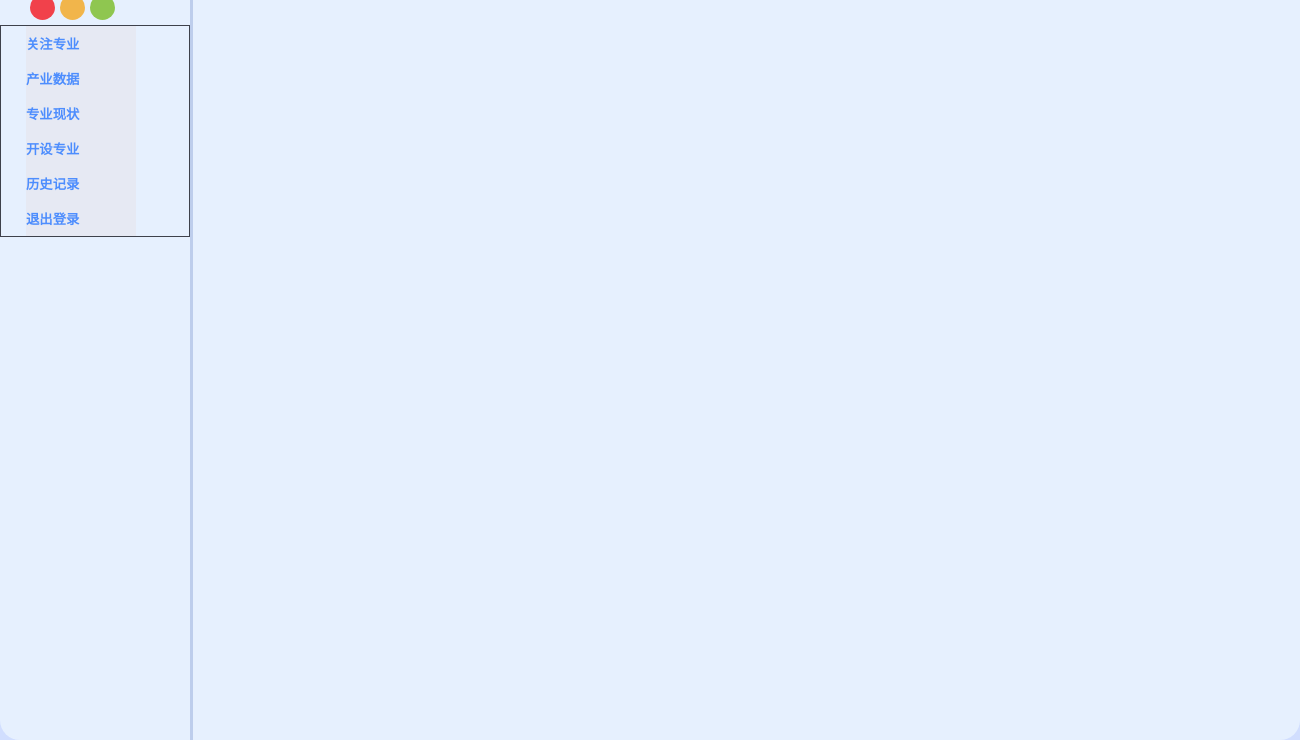
Repository: akaCSDN/test
Page: 2.1主页.html
These files come from the project's save history. The page is drawn as it stood at one moment and after the next save; the edit follows.
The browser window is 1280 px wide. The page is 1300 px wide, so the pictures cover 1300 px, including what lies to the right of the window. The pictures show the whole page.

Above is the page before, as saved 2022-12-02 14:14:41.

### 2.1主页.html
<!DOCTYPE html>
<html lang="en">
<head>
    <meta charset="UTF-8">
    <meta http-equiv="X-UA-Compatible" content="IE=edge">
    <meta name="viewport" content="width=device-width, initial-scale=1.0">
    <title>Document</title>
    <style type="text/css">
        *{
            margin: 0;
            padding: 0;
            border: 0;
        }
        .main{
            width: 1300px;
            height: 760px;
            /* border: 1px solid black; */
            border-radius: 20px;
            background-color: aliceblue;
            opacity: 0.7;
            position: absolute;
            top: 0;
            right: 0;
            bottom: 0;
            left: 0;
            margin: auto;

        }
        .left{
            width: 190px;
            height: 760px;
            border-radius: 20px 0px 0px 20px;
            border-right: 3px solid rgba(146, 169, 213, 0.622);
            /* border: 1px solid black; */
            position: absolute;
        }
        .circle-point{
            width: 100px;
            height: 30px;
            /* border: 1px solid black; */
            margin-left: 25px;
            margin-top: 15px;
        }
        .circle-point div{
            width: 25px;
            height: 25px;
            border-radius: 100% 100% 100% 100%;
            float: left;
            opacity: 1;
            /* position: absolute; */
            margin-left: 5px;

        }
        .button{
            width: auto;
            height: auto;
            border: 1px solid black;
            ma
        }
        .button ul{
            list-style-type: none;
        }
        .button button{
            width: 110px;
            height: 35px;
            text-align: left;
            margin-left: 25px;
            color: rgba(0, 94, 255, 0.909);
            font-weight: 600;

        }
    </style>
</head>
<body style="background-color: rgb(209, 222, 254);">
    <div class="main">
        <div class="left">
            <div class="circle-point">
                <div style="background-color: red;"></div>
                <div style="background-color: orange;"></div>
                <div style="background-color:rgb(116, 189, 7);"></div>
            </div>
            <div class="button">

                    <button>关注专业</button>
                    <br>
                    <button>产业数据</button>
                    <br>
                    <button>专业现状</button>
                    <br>
                    <button>开设专业</button>
                    <br>
                    <button>历史记录</button>
                    <br>
                    <button>退出登录</button>

            </div>



        </div>

    </div>
</body>
</html>

After the next save:
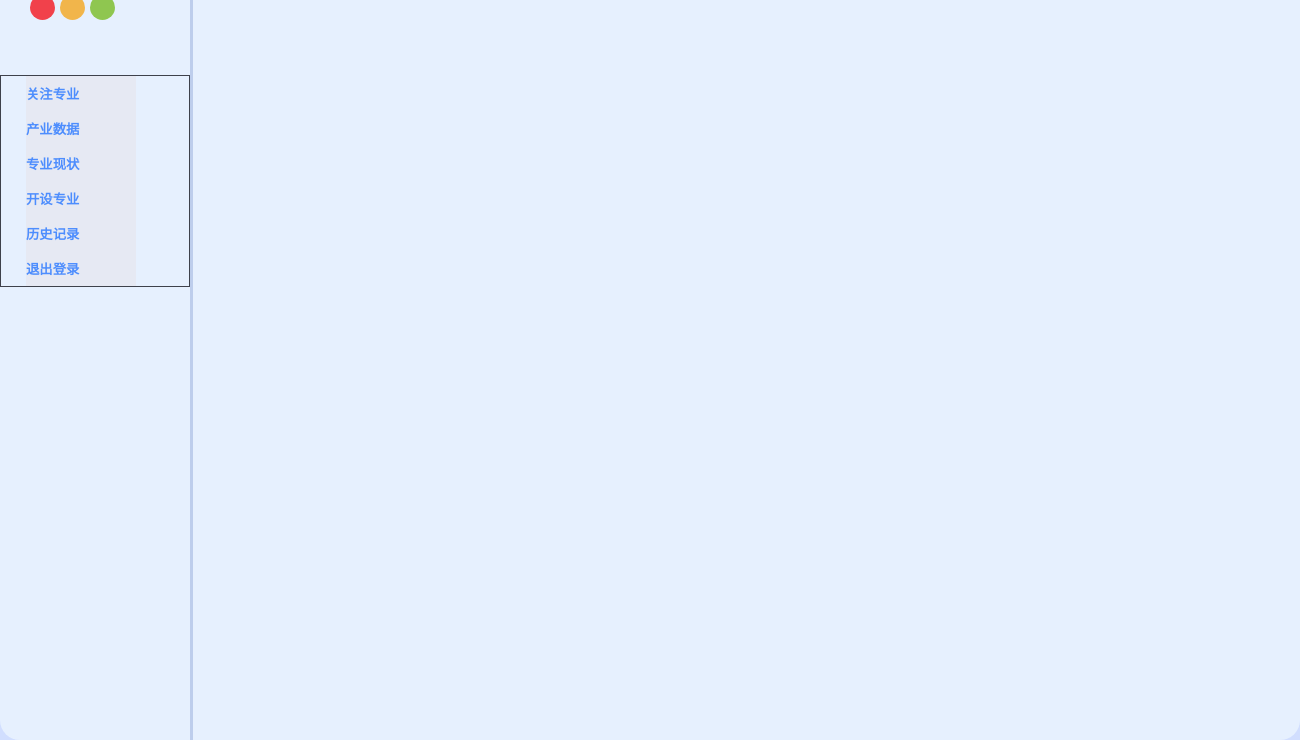
Saved 4 s later.
--- a/2.1主页.html
+++ b/2.1主页.html
@@ -55,7 +55,7 @@
             width: auto;
             height: auto;
             border: 1px solid black;
-            ma
+            margin-top: 50px;
         }
         .button ul{
             list-style-type: none;
